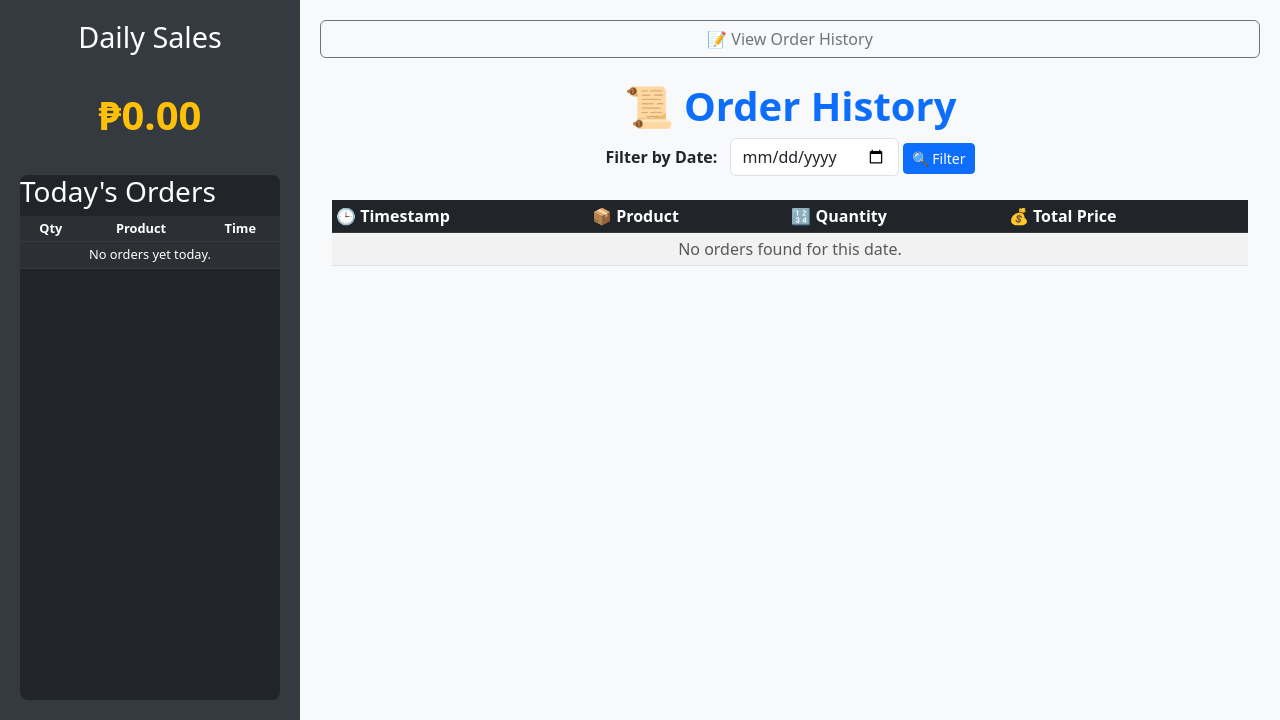
Repository: Jijiluzana225/lugawan_pitlane
Page: http://localhost/order-history/
These files come from the project's save history. The page is drawn as it stood at one moment and after the next save; the edit follows.
The browser window is 1280 px wide. The pictures show the whole page.
The page is served by the project's application, run on Django 5.2 (manage.py). Other server files are loaded and not shown. The page reads the database file committed with the project.

Above is the page before, as saved 2025-03-06 10:40:32.

### pos/templates/pos/order_history.html
{% extends 'pos/base.html' %}

{% block title %}Order History - Lugaw Cafe{% endblock %}

{% block content %}
<div class="container mt-4">
    <h1 class="text-center text-primary fw-bold">📜 Order History</h1>

    <!-- Date Filter Form -->
    <form method="get" action="{% url 'order_history' %}" class="text-center mb-4">
        <label for="date" class="fw-bold me-2">Filter by Date:</label>
        <input type="date" name="date" id="date" value="{{ selected_date }}" class="form-control d-inline-block w-auto">
        <button type="submit" class="btn btn-primary btn-sm">🔍 Filter</button>
    </form>

    <!-- Orders Table -->
    <div class="table-responsive" style="max-height: 500px; overflow-y: auto;">
        <table class="table table-striped table-hover table-sm">
            <thead class="table-dark position-sticky top-0">
                <tr>
                    <th>🕒 Timestamp</th>
                    <th>📦 Product</th>
                    <th>🔢 Quantity</th>
                    <th>💰 Total Price</th>
                </tr>
            </thead>
            <tbody>
                {% for order in orders %}
                    <tr>
                        <td>{{ order.datetimestamp|date:"Y-m-d H:i:s" }}</td>
                        <td>{{ order.product.name }}</td>
                        <td>{{ order.quantity }}</td>
                        <td>₱{{ order.product.price|floatformat:2 }}</td>
                    </tr>
                {% empty %}
                    <tr>
                        <td colspan="4" class="text-center text-muted">No orders found for this date.</td>
                    </tr>
                {% endfor %}
            </tbody>
        </table>
    </div>
</div>
{% endblock %}

### pos/templates/pos/base.html
<!DOCTYPE html>
<html lang="en">
<head>
    <meta charset="UTF-8">
    <meta name="viewport" content="width=device-width, initial-scale=1.0">
    <title>{% block title %}Lugaw Cafe POS{% endblock %}</title>

    <!-- Bootstrap CSS -->
    <link href="https://cdnjs.cloudflare.com/ajax/libs/bootstrap/5.3.0/css/bootstrap.min.css" rel="stylesheet">

    <style>
        body {
            display: flex;
            min-height: 100vh;
            background-color: #f8f9fa;
        }

        .sidebar {
            width: 300px;
            background: #343a40;
            color: #fff;
            padding: 20px;
            display: flex;
            flex-direction: column;
        }

        .sidebar h2 {
            font-size: 1.8rem;
            text-align: center;
            margin-bottom: 30px;
        }

        .total-orders {
            font-size: 2.5rem;
            font-weight: bold;
            color: #ffc107;
            text-align: center;
        }

        .orders-table {
    margin-top: 30px;
    background: #212529;
    border-radius: 8px;
    padding: 0;
    overflow: hidden;
    display: flex;
    flex-direction: column;
    flex-grow: 1;
    min-height: 0; /* Helps flexbox handle scrolling */
}

.scrollable-table {
    overflow-y: auto;
    flex-grow: 1;
    max-height: calc(100vh - 250px); /* Full screen height minus sidebar and padding */
    margin-bottom: 20px; /* Always leaves a 20px gap at the bottom */
}

.scrollable-table table {
    width: 100%;
    font-size: 0.8rem;
}

.scrollable-table th, .scrollable-table td {
    text-align: center;
    padding: 3px;
}





        .main-content {
            flex: 1;
            padding: 20px;
        }

        .catalog {
            display: flex;
            flex-wrap: wrap;
            gap: 20px;
            justify-content: flex-start;
        }

        .product {
            border: 1px solid #ccc;
            padding: 15px;
            width: 200px;
            text-align: center;
            background-color: #ffffff;
            border-radius: 8px;
            box-shadow: 0 2px 8px rgba(0, 0, 0, 0.1);
            transition: transform 0.2s ease-in-out;
        }

        .product:hover {
            transform: scale(1.05);
        }

        .product h3 {
            margin: 0;
            font-size: 1.2rem;
            color: #212529;
        }

        .product p {
            margin: 5px 0;
        }

        .btn-add {
            background-color: #28a745;
            color: white;
            border: none;
            padding: 8px 12px;
            border-radius: 5px;
            transition: background-color 0.2s ease-in-out;
        }

        .btn-add:hover {
            background-color: #218838;
        }

        nav a {
            margin-right: 15px;
            text-decoration: none;
            color: #343a40;
            font-weight: bold;
        }
    </style>
</head>
<body>

    <!-- Sidebar with total orders and order table -->
    <div class="sidebar">
        <h2>Daily Sales</h2>
        <div class="total-orders">
            ₱{{ total_sales|default:"0.00" }}
        </div>

        <div class="orders-table">
            <h3 class="sticky-header">Today's Orders</h3>

            <div class="scrollable-table">
                <table class="table table-dark table-striped">

                        <tr>
                            <th>Qty</th>
                            <th>Product</th>
                            <th>Time</th>
                        </tr>
                    </thead>
                    <tbody>
                        {% for order in todays_orders %}
                            <tr>
                                <td>{{ order.quantity }}</td>
                                <td>{{ order.product.name }}</td>
                                <td>{{ order.datetimestamp|time:"h:i A" }}</td>
                            </tr>
                        {% empty %}
                            <tr>
                                <td colspan="3">No orders yet today.</td>
                            </tr>
                        {% endfor %}
                    </tbody>
                </table>
            </div>
        </div>

    </div>

    <div class="main-content">
        <nav>
            <a href="{% url 'order_history' %}" class="btn btn-outline-secondary w-100">📝 View Order History</a>

        </nav>

        {% block content %}{% endblock %}
    </div>

</body>
</html>

### pos/views.py
from django.shortcuts import render
from .models import Category, Product




def catalog(request):

    categories = Product.objects.select_related('category').all()

    # Calculate total sales for the day from OrderItem model
    today = date.today()
    total_sales = OrderItem.objects.filter(
        datetimestamp__date=today
    ).annotate(
        total_price=F('product__price') * F('quantity')  # Calculate total price per item
    ).aggregate(
        total=Sum('total_price')
    )['total'] or 0
    categories = Category.objects.prefetch_related('product_set').all()

    todays_orders = OrderItem.objects.filter(
        datetimestamp__date=today
    ).select_related('product').order_by('-datetimestamp')

    return render(request, 'pos/catalog.html', {'categories': categories,'total_sales': total_sales,'todays_orders': todays_orders})


from django.shortcuts import redirect, get_object_or_404
from django.utils.timezone import now
from .models import Product, OrderItem

def add_to_order(request):
    if request.method == 'POST':
        product_id = request.POST.get('product_id')
        quantity = int(request.POST.get('quantity', 1))  # Get quantity, default to 1 if missing
        product = get_object_or_404(Product, id=product_id)

        # Always create a new OrderItem record with the provided quantity
        OrderItem.objects.create(
            product=product,
            quantity=quantity,
            datetimestamp=now()
        )

    return redirect('catalog')


from django.shortcuts import render
from django.db.models import Sum, F
from django.utils.timezone import now
from datetime import date
from .models import Product, OrderItem

def menu(request):
    categories = Product.objects.select_related('category').all()

    # Calculate total sales for the day from OrderItem model
    today = date.today()
    total_sales = OrderItem.objects.filter(
        datetimestamp__date=today
    ).annotate(
        total_price=F('product__price') * F('quantity')  # Calculate total price per item
    ).aggregate(
        total=Sum('total_price')
    )['total'] or 0

    return render(request, 'pos/catalog.html', {
        'categories': categories,
        'total_sales': total_sales
    })

from django.shortcuts import render
from django.utils.timezone import now
from .models import OrderItem

def order_history(request):
    # Get date from request (if provided), otherwise default to today
    selected_date = request.GET.get('date', now().date())

    # Filter and order OrderItem by the selected date and newest first
    orders = OrderItem.objects.filter(datetimestamp__date=selected_date).order_by('-datetimestamp')

    # Calculate total sales amount
    total_amount = sum(order.product.price * order.quantity for order in orders)

    context = {
        'orders': orders,
        'selected_date': selected_date,
        'total_amount': total_amount,
    }
    return render(request, 'pos/order_history.html', context)

### lugaw_pos/urls.py
from django.contrib import admin
from django.urls import path, include

urlpatterns = [
    path('admin/', admin.site.urls),
    path('', include('pos.urls')),
]

### pos/urls.py
from django.urls import path
from . import views

urlpatterns = [
    path('menu/', views.menu, name='menu'),

    path('', views.catalog, name='catalog'),  # New catalog page
    path('add-to-order/', views.add_to_order, name='add_to_order'),  # New URL for adding to order
    path('order-history/', views.order_history, name='order_history'),

]

### db.sqlite3 (the tables this page reads, as SQL)
CREATE TABLE "pos_orderitem" ("id" integer NOT NULL PRIMARY KEY AUTOINCREMENT, "quantity" integer unsigned NOT NULL CHECK ("quantity" >= 0), "product_id" bigint NOT NULL REFERENCES "pos_product" ("id") DEFERRABLE INITIALLY DEFERRED, "datetimestamp" datetime NOT NULL);
INSERT INTO "pos_orderitem" VALUES
(50, 1, 1, '2025-03-06 01:56:34.121001'),
(51, 1, 6, '2025-03-06 01:56:41.037510'),
(52, 1, 1, '2025-03-06 01:56:57.538878'),
(53, 1, 1, '2025-03-06 01:56:59.174436'),
(54, 1, 1, '2025-03-06 01:57:01.013718'),
(55, 1, 1, '2025-03-06 01:59:52.563631'),
(56, 1, 2, '2025-03-06 02:00:06.551409'),
(57, 1, 2, '2025-03-06 02:00:07.073217'),
(58, 1, 6, '2025-03-06 02:01:38.991734'),
(59, 1, 2, '2025-03-06 02:01:44.300049'),
(60, 1, 2, '2025-03-06 02:01:45.529915'),
(61, 1, 2, '2025-03-06 02:01:45.930399'),
(62, 1, 2, '2025-03-06 02:01:47.716337'),
(63, 1, 4, '2025-03-06 02:01:51.587389'),
(64, 1, 5, '2025-03-06 02:01:56.477001'),
(65, 1, 3, '2025-03-06 02:02:02.440242'),
(66, 1, 2, '2025-03-06 02:13:40.929574'),
(67, 1, 2, '2025-03-06 02:17:50.680794'),
(68, 1, 7, '2025-03-06 02:53:27.259124');

After the next save:
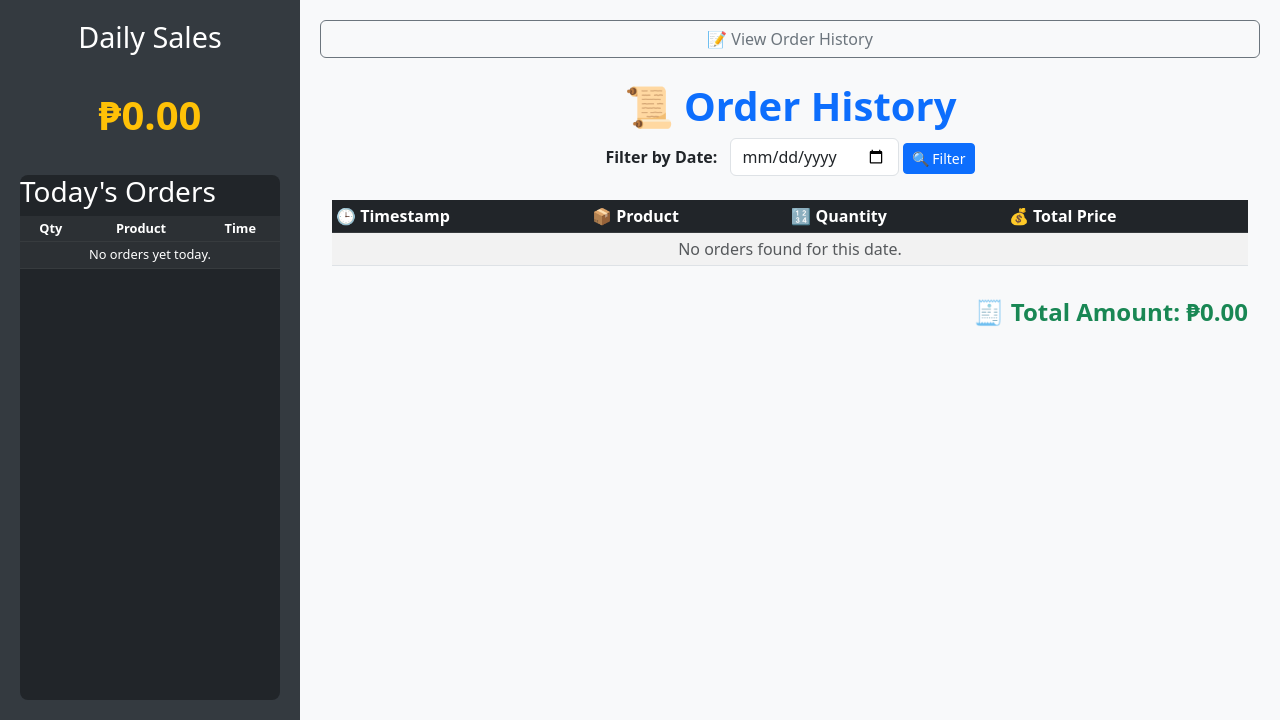
Saved 14 s later.
--- a/pos/templates/pos/order_history.html
+++ b/pos/templates/pos/order_history.html
@@ -40,5 +40,10 @@
             </tbody>
         </table>
     </div>
+
+    <!-- Total Amount Section -->
+    <div class="text-end mt-3">
+        <h4 class="text-success fw-bold">🧾 Total Amount: ₱{{ total_amount|floatformat:2 }}</h4>
+    </div>
 </div>
 {% endblock %}
